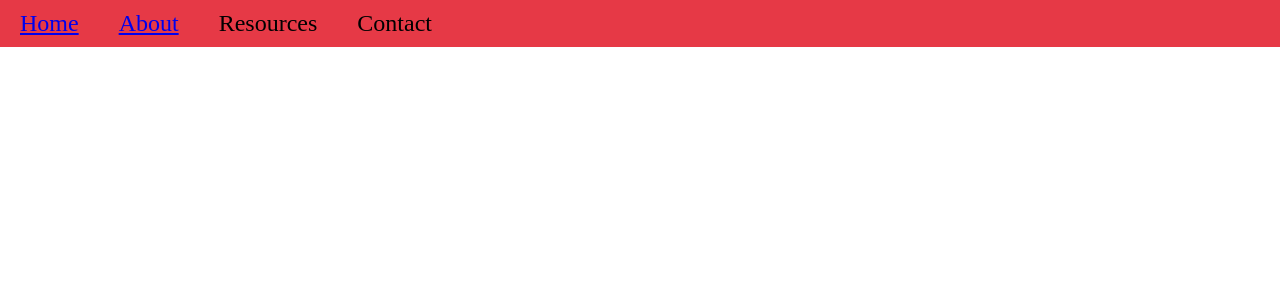
Repository: rdass1/COM421-FinalProject
Page: Website/index.html
These files come from the project's save history. The page is drawn as it stood at one moment and after a run of saves; the edit follows.
The browser window is 1280 px wide. The pictures show the whole page.

Above is the page before, as saved 2021-05-11 22:54:30.

After the next 4 saves:
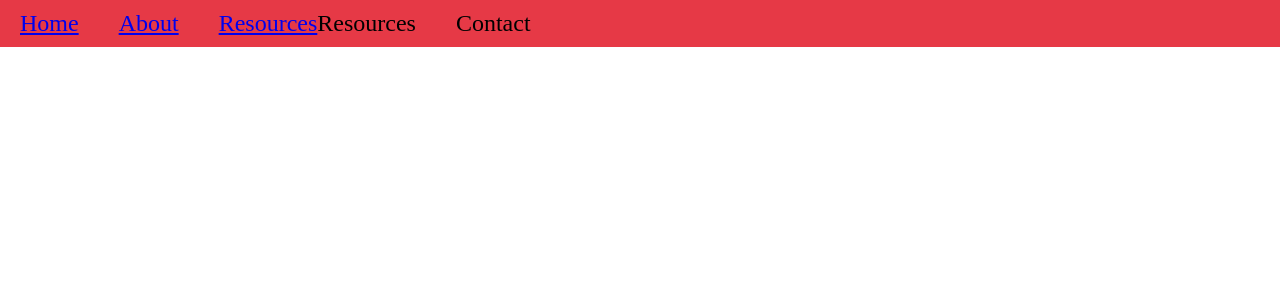
The 4 saves are shown as one change because they came seconds apart.
The last was saved 13 s later.
--- a/Website/index.html
+++ b/Website/index.html
@@ -15,7 +15,7 @@
                     <ul>
                         <li><a href="#home">Home</a></li>
                         <li><a href="#About">About</a></li>
-                        <li>Resources</li>
+                        <li><a href="#Resources">Resources</a>Resources</li>
                         <li>Contact</li>
                     </ul>
 
